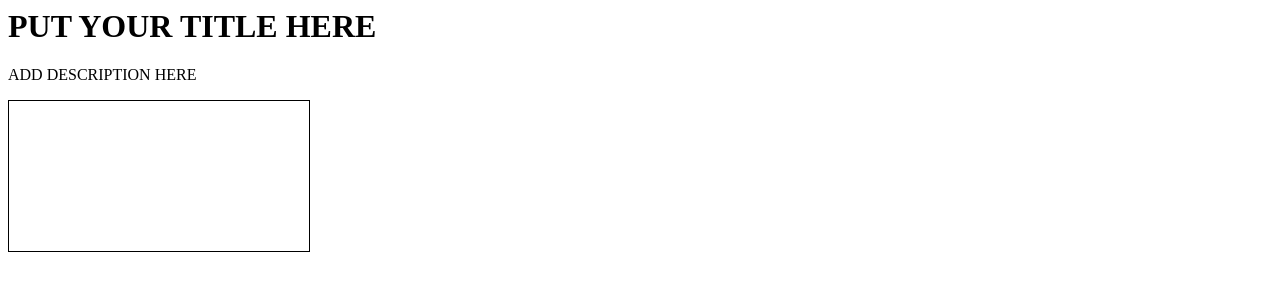
Repository: Grace01-20/Grace01-20.github.io
Page: flappyBird.html
The author's editor kept a record of every edit. The page is drawn from the files as they stood at one moment, then again after the next edit.
The browser window is 1280 px wide. The pictures show the whole page.

Above is the page before.
Console error: TypeError: Cannot read properties of null (reading 'bind')

### flappyBird.html

<!Doctype: HTML w/ Processing>

<html>

  <head>
      <meta http-equiv="Content-Type" content="text/html; charset=UTF-8" />
      <title>Processing Demo</title>
      <script type="text/javascript" src="js/processing.js"></script>
  </head>

  <body>
    <h1>PUT YOUR TITLE HERE</h1>
    <p>ADD DESCRIPTION HERE</p>

    <script type="text/processing">
      PImage bg, chip, topPipe, botPipe, start; //Background, Player, and Pipes

      int bgx, bgy, cx, cy, g, Vcy;
      int[] pipeX, pipeY; //DECLARE two arrays
      int gameState, theScore;

      //ONE TIME
      void setup()
      {
        size(800,600);
        bg = loadImage("./img/bg2.png");
        chip = loadImage("./img/chip.png");
        botPipe = loadImage("./img/bottomPipeCorrect.png");
        topPipe = loadImage("./img/topPipeCorrect.png");
        start = loadImage("./img/surberStartScreen.png");
        cx = 100;
        cy = 50;
        g = 1; //Gravity == speed of downward acceleration
        pipeX = new int[5]; //[0,0,0,0]
        pipeY = new int[pipeX.length];
        //POPULATE THE ARRAY WITH VALUES
        for(int i = 0; i < pipeX.length; i++)
        {
          pipeX[i] = width + 200*i;
          pipeY[i] = (int)random(-350, 0);
        }
        gameState = -1;
      }

      //MAIN GAME LOOP
      void draw()
      {
        if(gameState == -1)
        {
          startScreen();
        }
        else if(gameState==0)
        {
          setBg();
          setPipes();
          chip(); //PUTS CHIP ON TOP
          score();
        }
        else
        {
            text("YOU LOSE", 20, 200);
        }

      }

      void score()
      {
        fill(0);
        textSize(32);
        text("Score: " + theScore , width - 170, 40);
      }

      void startScreen()
      {
        image(start, -50, 0);
        if(mousePressed)
        {
          cy = height/2;
          gameState = 0;
        }
      }

      void setPipes()
      {
        for(int i = 0; i < pipeX.length; i++)
        {
          image(topPipe, pipeX[i], pipeY[i]);
          image(botPipe, pipeX[i], pipeY[i] + 680);
          if (theScore < 5)
          {
            pipeX[i]-= 4;
          }
          else if (theScore < 10)
          {
            pipeX[i]-= 6;
          }
          else
          {
            pipeX[i]-= 8;
          }
          if(pipeX[i] < -200)
          {
            pipeX[i] = width;
          }
          if(cx > (pipeX[i]-32) && cx < pipeX[i] + 60)
          {
            if(! (cy > pipeY[i] + 467 &&cy < pipeY[i] + (447 + 231-43)))
            {
              gameState = 1;
            }
            else if (cx == pipeX[i] || cx == pipeX[i] + 1)
            {
              theScore++;
            }
          }
        }
      }

      void chip()
      {
        image(chip, cx, cy);
        cy = cy + Vcy;
        Vcy = Vcy + g;
        if(cy > height || cy < 0)
        {
          text("OH NO!!!! CHIP FELL OFF THE SCREEN...", 20, 30);
          gameState = 1;
        }
      }


      void mousePressed()
      {
        Vcy = -15;
      }

      void setBg()
      {
        image(bg, bgx, bgy);
        image(bg, bgx + bg.width, bgy); //moves it over exactly the width of the image
        bgx = bgx - 1;
        if(bgx < -bg.width)
        {
          bgx = 0;  //Resets it once first image is done
        }
      }
      /*  INSERT CODE HERE */
    </script>
    <canvas id="sketch" style="border: 1px solid black;"></canvas>

  </body>

</html>

Loaded but not shown: js/processing.js (library)

After the next edit:
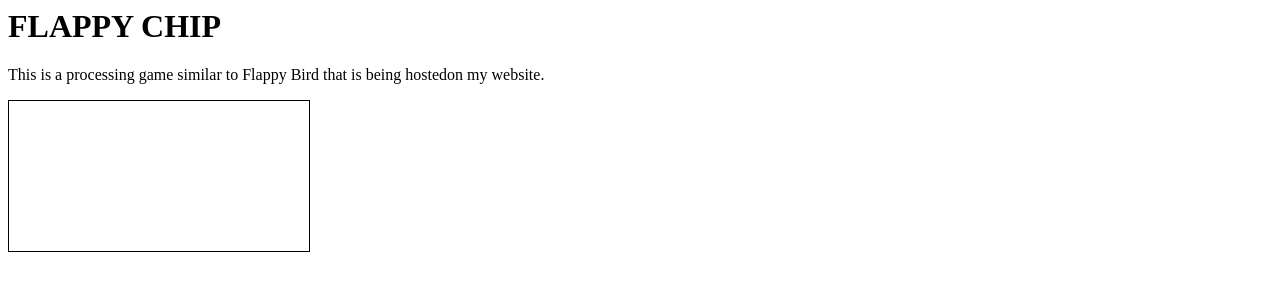
The edit:
--- a/flappyBird.html
+++ b/flappyBird.html
@@ -10,8 +10,8 @@
   </head>
 
   <body>
-    <h1>PUT YOUR TITLE HERE</h1>
-    <p>ADD DESCRIPTION HERE</p>
+    <h1>FLAPPY CHIP</h1>
+    <p>This is a processing game similar to Flappy Bird that is being hostedon my website.</p>
 
     <script type="text/processing">
       PImage bg, chip, topPipe, botPipe, start; //Background, Player, and Pipes
